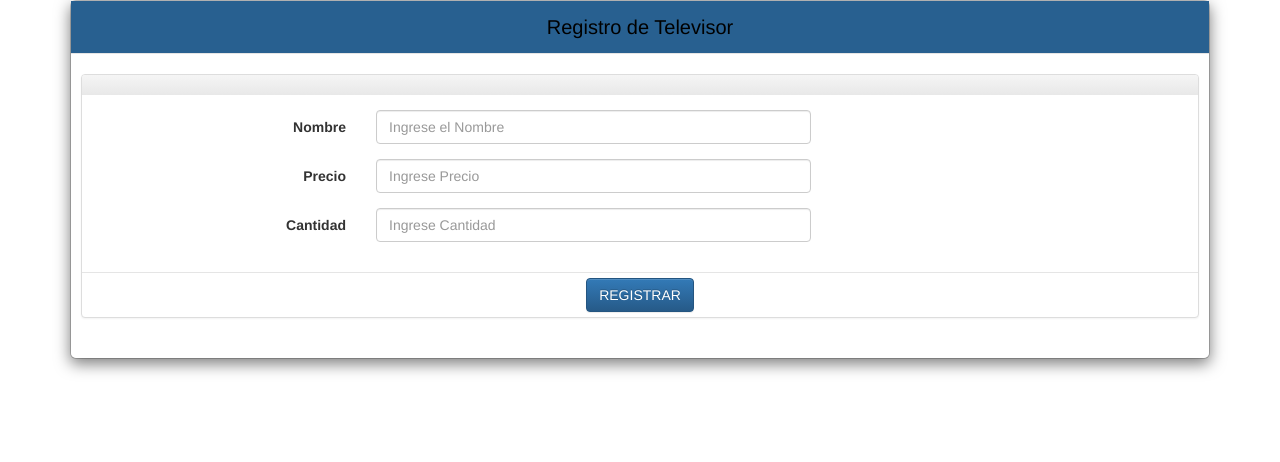
Repository: carlosvl16/T6BN_DSWII_ExamenFinal_Vasquez_Leyva_Carlos
Page: http://localhost/WS_REST_Cliente_Struts_Modelo_FIN/televisor.jsp
The author's editor kept a copy of each file at every save. The page is drawn from the files as they stood at one save, then again after the next save.
The browser window is 1280 px wide. The pictures show the whole page.
The page is served by Tomcat 9. Other server files are loaded and not shown.

Above is the page before, as saved 2020-06-23 03:00:40.

### WS_REST_Cliente_Struts_Modelo_FIN/WebContent/televisor.jsp
<%@ taglib prefix="c" uri="http://java.sun.com/jstl/core_rt" %>
<!DOCTYPE html>
<html lang="esS">
<head>
<meta charset="UTF-8">
<meta name="viewport" content="width=device-width, initial-scale=1, maximum-scale=1, user-scalable=no">

<link href="css/bootstrap.min.css" rel="stylesheet">
<link href="css/bootstrap-theme.min.css" rel="stylesheet">
<link href="css/bootstrapValidator.min.css" rel="stylesheet">

<link href="css/bootstrap-datepicker.css" rel="stylesheet">

<link href="css/dataTables.bootstrap.min.css" rel="stylesheet">
<link href="css/bootstrapValidator.min.css" rel="stylesheet">


<script type="text/javascript" src="js/jquery.min.js"></script>
<script type="text/javascript" src="js/bootstrap.min.js"></script>
<script type="text/javascript" src="js/bootstrapValidator.min.js"></script>
<script type="text/javascript" src="js/jquery.dataTables.min.js"></script>
<script type="text/javascript" src="js/dataTables.bootstrap.min.js"></script>

<script type="text/javascript" src="js/bootstrap-datepicker.min.js"></script>


<script type="text/javascript" src="sweetalert/sweetalert.min.js"></script>


<title>Televisor</title>
<style>
	.modal-header, h4, .close {
		background-color: #286090;
		color: white !important;
		text-align: center;
		font-size: 20px;
	}
	.modal-header2, h4, .close {
		color: black !important;
		text-align: center;
		font-size: 20px;
	}
.modal {
  text-align: center;
}

@media screen and (min-width: 768px) {
  .modal:before {
    display: inline-block;
    vertical-align: middle;
    content: " ";
    height: 100%;
  }
}

.modal-dialog {
  display: inline-block;
  text-align: left;
  vertical-align: middle;
}
</style>
</head>
<body>
<c:if test="${sessionScope.MENSAJE!=null}">
			<div class="alert alert-success alert-dismissible">
			  <a href="#" class="close" data-dismiss="alert" aria-label="close">&times;</a>
			  <strong>Mensaje : </strong>${sessionScope.MENSAJE}
			</div>
</c:if>
<c:remove var="MENSAJE"/>

	<div class="container">
		<!-- INICIO DIV NUEVO -->
						<!-- Modal content-->
						<div class="modal-content">
						<div class="modal-header" style="padding: 5px 20px">
							<h4 id="idMensaje">Registro de Televisor</h4>
						</div>
						<div class="modal-body" style="padding: 20px 10px;">
							<form id="id_registra" accept-charset="UTF-8" action="saveTelevisor"
													class="form-horizontal" method="post"
													data-toggle="validator" role="form">
				                    <div class="panel-group" id="steps">
				                        <!-- Step 1 -->
				                        <div class="panel panel-default">
				                            <div class="panel-heading" style="text-align: center;font-size: 14px">

				                            </div>
				                                <div class="panel-body">
				                                    <div class="form-group">
				                                        <label class="col-lg-3 control-label" for="id_reg_nombre">Nombre</label>
				                                        <div class="col-lg-5">
															<input class="form-control"  name="medicamento.nombre" placeholder="Ingrese el Nombre"/>
				                                        </div>
				                                    </div>
				                                    <div class="form-group">
				                                        <label class="col-lg-3 control-label" for="id_reg_sueldo">Precio</label>
				                                        <div class="col-lg-5">
															<input class="form-control" name="medicamento.precio" placeholder="Ingrese Precio"/>
				                                        </div>
				                                    </div>
				                                    <div class="form-group">
				                                        <label class="col-lg-3 control-label" for="id_reg_nombre">Cantidad</label>
				                                        <div class="col-lg-5">
															<input class="form-control" name="medicamento.cantidad" placeholder="Ingrese Cantidad"/>
				                                        </div>
				                                    </div>

				                                </div>
												<div class="modal-footer" style="padding: 5px 20px; text-align:center">
													<button type="submit" class="btn btn-primary">REGISTRAR</button>
												</div>
				                  		</div>
				                  </div>
				            </form>
						</div>
					</div>
		<!-- FIN DIV NUEVO -->
	</div>







<script type="text/javascript">


</script>


</body>
</html>

Loaded but not shown: WS_REST_Cliente_Struts_Modelo_FIN/WebContent/css/bootstrap.min.css (library); WS_REST_Cliente_Struts_Modelo_FIN/WebContent/css/bootstrap-theme.min.css (library); WS_REST_Cliente_Struts_Modelo_FIN/WebContent/css/bootstrapValidator.min.css (common file); WS_REST_Cliente_Struts_Modelo_FIN/WebContent/css/bootstrap-datepicker.css (library); WS_REST_Cliente_Struts_Modelo_FIN/WebContent/css/dataTables.bootstrap.min.css (library); WS_REST_Cliente_Struts_Modelo_FIN/WebContent/js/jquery.min.js (library); WS_REST_Cliente_Struts_Modelo_FIN/WebContent/js/bootstrap.min.js (library); WS_REST_Cliente_Struts_Modelo_FIN/WebContent/js/bootstrapValidator.min.js (library); WS_REST_Cliente_Struts_Modelo_FIN/WebContent/js/jquery.dataTables.min.js (library); WS_REST_Cliente_Struts_Modelo_FIN/WebContent/js/dataTables.bootstrap.min.js (common file); WS_REST_Cliente_Struts_Modelo_FIN/WebContent/js/bootstrap-datepicker.min.js (library); WS_REST_Cliente_Struts_Modelo_FIN/WebContent/sweetalert/sweetalert.min.js (library)

After the next save:
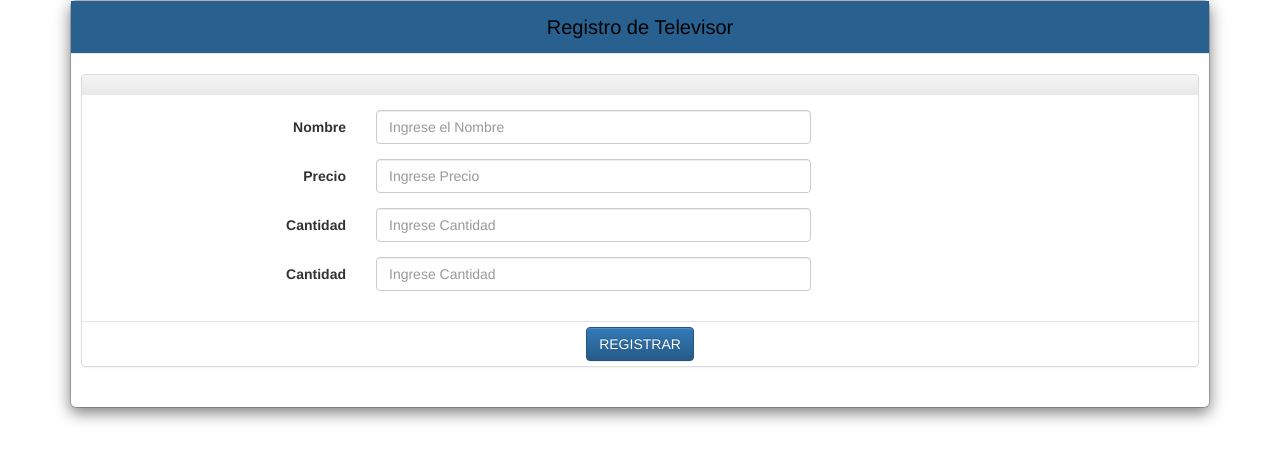
Saved 34 s later.
--- a/WS_REST_Cliente_Struts_Modelo_FIN/WebContent/televisor.jsp
+++ b/WS_REST_Cliente_Struts_Modelo_FIN/WebContent/televisor.jsp
@@ -105,6 +105,12 @@
 															<input class="form-control" name="medicamento.cantidad" placeholder="Ingrese Cantidad"/>
 				                                        </div>
 				                                    </div>
+				                                     <div class="form-group">
+				                                        <label class="col-lg-3 control-label" for="id_reg_nombre">Cantidad</label>
+				                                        <div class="col-lg-5">
+															<input class="form-control" name="medicamento.cantidad" placeholder="Ingrese Cantidad"/>
+				                                        </div>
+				                                    </div>
 
 				                                </div>
 												<div class="modal-footer" style="padding: 5px 20px; text-align:center">
